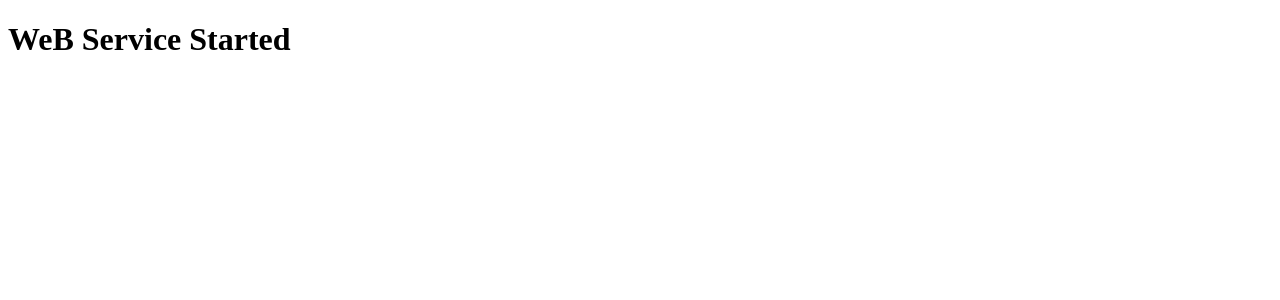
Repository: satvikagrasani/Spring-WorkSpace
Page: http://localhost/RESTDemo/
These files come from the project's save history. The page is drawn as it stood at one moment and after the next save; the edit follows.
The browser window is 1280 px wide. The pictures show the whole page.
The page is served by Tomcat 9.

Above is the page before, as saved 2023-08-23 04:41:28.

After the next save:
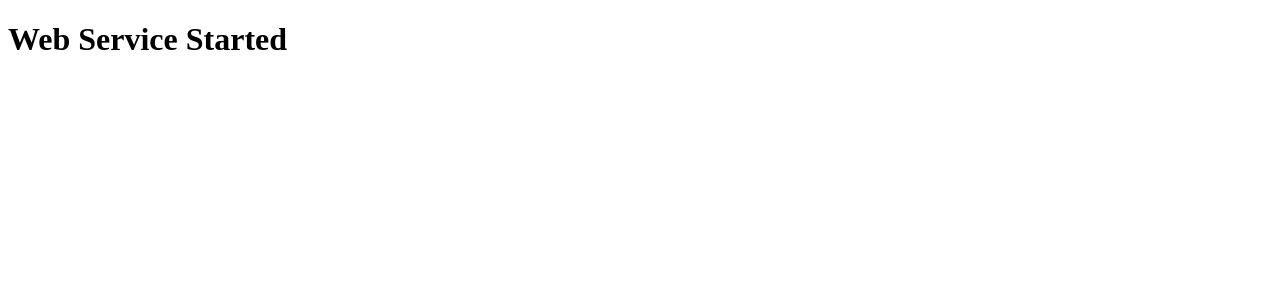
Saved 3 min 0 s later.
--- a/SpringMVC/StringMVCDemo/RESTDemo/src/main/webapp/index.jsp
+++ b/SpringMVC/StringMVCDemo/RESTDemo/src/main/webapp/index.jsp
@@ -7,6 +7,6 @@
 <title>Insert title here</title>
 </head>
 <body>
-	<h1> WeB Service Started</h1>
+	<h1> Web Service Started</h1>
 </body>
 </html>
